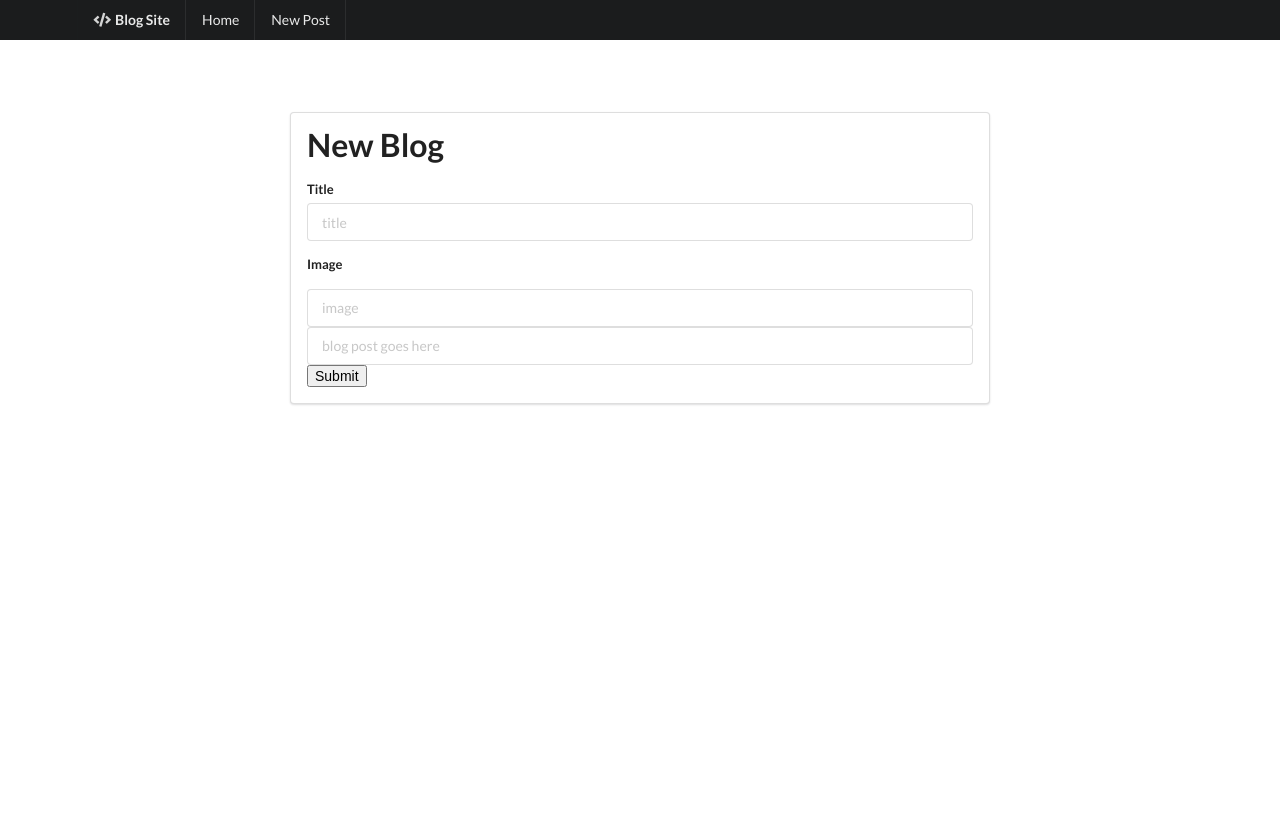
Repository: MR-TYLER31/RESTful_Blog_App
Page: http://localhost/blogs/new
The author's editor kept a record of every edit. The page is drawn from the files as they stood at one moment, then again after the next edit.
The browser window is 1280 px wide. The pictures show the whole page.
Some web libraries are served in a nearby version. The page is served by the project's Node server (app.js).

Above is the page before.

### views/new.ejs
<% include ./partials/header %>

<div class="ui main text container segment">
    <div class="ui huge header">New Blog</div>
    <form class="ui form" action="/blogs" method="POST">
        <div class="field">
            <label>Title</label>
            <input type="text" name="blog[title]" placeholder="title"/>
        </div>

        <div class="field">
            <label>Image</label>
        </div>
        <input type="text" name="blog[image]" placeholder="image"/>
        <input type="text" name="blog[body]" placeholder="blog post goes here"/>
        <input type="submit"/>
    </form>
</div>

<% include ./partials/footer %>

### views/partials/header.ejs
<!DOCTYPE html>
<html lang="en">
    <head>
        <title>Blog App</title>
        <link rel="stylesheet" type="text/css" href="https://cdnjs.cloudflare.com/ajax/libs/semantic-ui/2.1.4/semantic.min.css"/>
        <link rel="stylesheet" type="text/css" href="/stylesheets/app.css" />
    </head>
<body>
    <div class="ui fixed inverted menu">
        <div class="ui container">
            <div class="header item"><i class="code icon"></i>Blog Site</div>
            <a href="/" class="item">Home</a>
            <a href="/blogs/new" class="item">New Post</a>
        </div>
    </div>

### views/partials/footer.ejs

    </body>
</html>

### app.js
var express = require("express"),
    methodOverride = require("method-override"),
    app = express(),
    bodyParser = require("body-parser"),
    mongoose = require("mongoose");

 // APP CONGIF
mongoose.connect("mongodb://localhost/restful_blog_app", {useNewUrlParser: true});
app.set("view engine", "ejs");
app.use(express.static("public"));
app.use(bodyParser.urlencoded({extended: true}));
app.use(methodOverride("_method"));

// MONGOOSE/MODEL CONFIG
var blogSchema = new mongoose.Schema({
    title: String,
    image: String,
    body: String,
    created: {type: Date, default: Date.now}
});
    var Blog = mongoose.model("Blog", blogSchema);

    // Blog.create({
    //     title: "Test Blog",
    //     image: "https://images.unsplash.com/photo-1534361960057-19889db9621e?ixlib=rb-1.2.1&ixid=eyJhcHBfaWQiOjEyMDd9&auto=format&fit=crop&w=500&q=60",
    //     body: "HELLO THIS IS A BLOG POST"
    // });


// RESTFULL ROUTES

app.get('/', function(req, res) {
    res.redirect('/blogs');
});


// Index Route
app.get('/blogs', function(req, res) {
    Blog.find({}, function(err, blogs) {
        if(err) {
            console.log("ERROR!");
        } else {
            res.render('index', {blogs: blogs});
        }
    });
});

// NEW ROUTE
app.get('/blogs/new', function(req, res) {
    res.render('new');
});

//CREATE ROUTE
app.post('/blogs', function(req, res) {
    // CREATE BLOG
    Blog.create(req.body.blog, function(err, newBlog) {
        if(err) {
            res.render('new');
        } else {
            // then redirect to the index
            res.redirect('/blogs');
        }
    });
});

// SHOW ROUTE
app.get('/blogs/:id', function(req, res) {
   Blog.findById(req.params.id, function(err, foundBlog) {
      if(err) {
          res.redirect('/blogs');
      } else {
          res.render('show', {blog: foundBlog});
      }
   });
});

// EDIT ROUTE
app.get("/blogs/:id/edit", function(req, res){
    Blog.findById(req.params.id, function(err, foundBlog){
        if(err){
            res.redirect("/blogs");
        } else {
            res.render("edit", {blog: foundBlog});
        }
    });
});

// UPDATE ROUTE
app.put('/blogs/:id', function(req, res) {
    Blog.findByIdAndUpdate(req.params.id, req.body.blog, function(err, updatedBlog) {
        if(err) {
            res.render('index');
        } else {
            res.redirect('/blogs/' + req.params.id);
        }
    });
});

// DELETE ROUT
app.delete('/blogs/:id', function(req, res) {
   // delete blog
   Blog.findByIdAndRemove(req.params.id, function(err) {
       if(err) {
           res.redirect('/blogs');
       } else {
           res.redirect('/blogs');
       }
   })
});

    app.listen(process.env.PORT, process.env.IP, function() {
       console.log("Server is running!!");
    });

### public/stylesheets/app.css
.icon {
    font-size: 2em;
}

.container.main {
    margin-top: 7.0em;
}

#delete {
    display: inline;
}

body {
    margin-top: 8rem;
}

After the next edit:
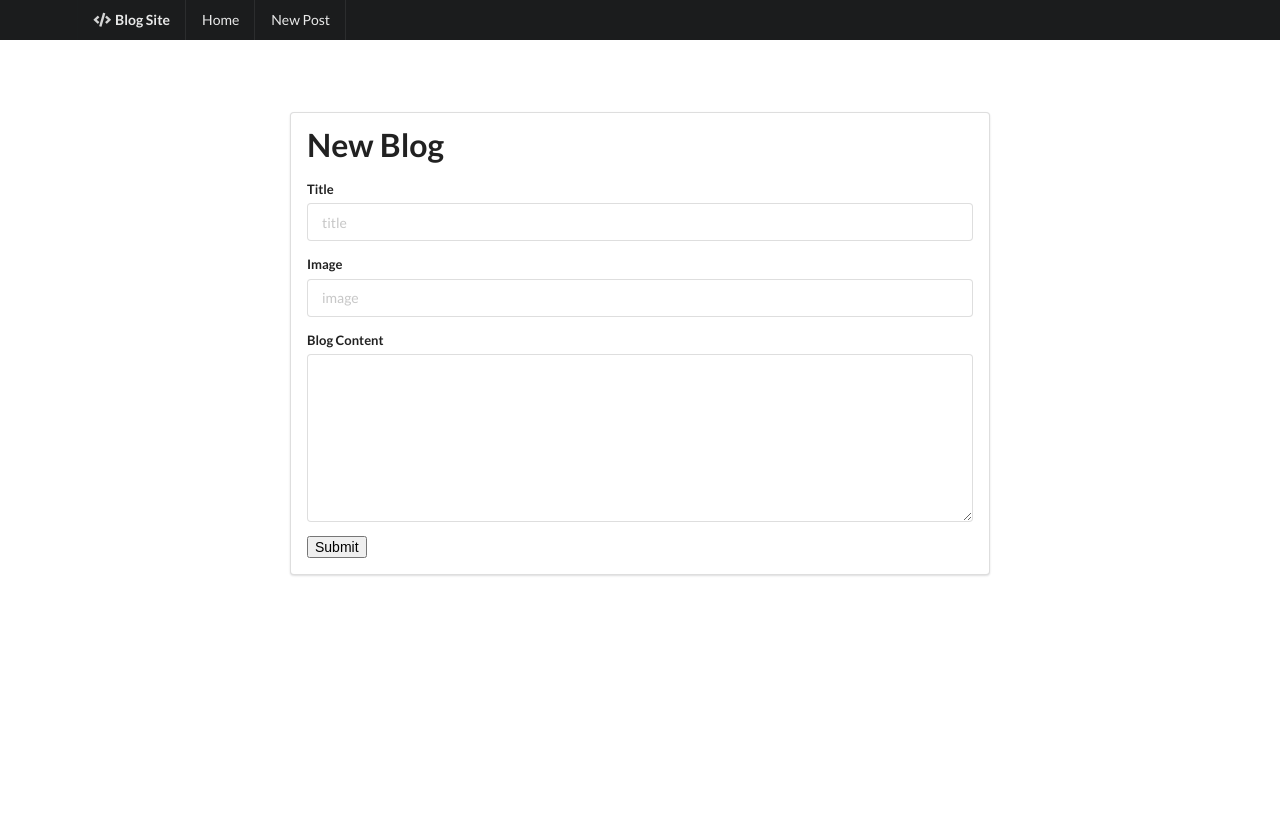
The edit:
--- a/views/new.ejs
+++ b/views/new.ejs
@@ -10,9 +10,12 @@
 
         <div class="field">
             <label>Image</label>
+            <input type="text" name="blog[image]" placeholder="image"/>
         </div>
-        <input type="text" name="blog[image]" placeholder="image"/>
-        <input type="text" name="blog[body]" placeholder="blog post goes here"/>
+        <div class="field">
+            <label>Blog Content</label>
+            <textarea type="blog[body]"></textarea>
+        </div>
         <input type="submit"/>
     </form>
 </div>
